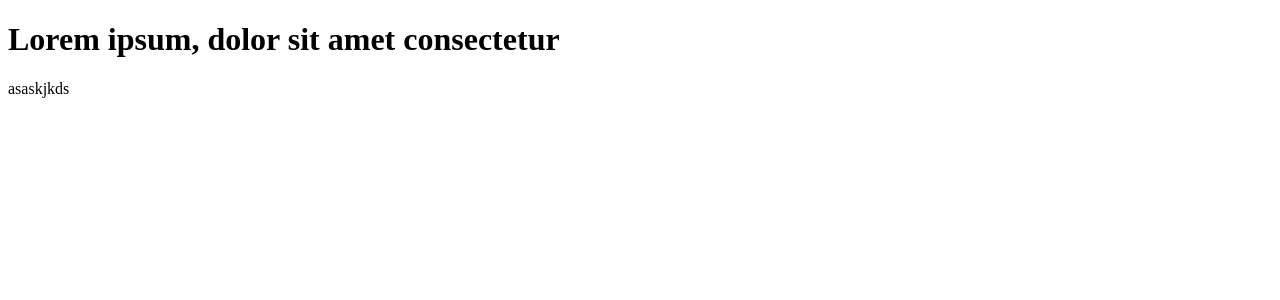
Repository: tongdkhai/Graphic-Art-Mart
Page: test/test.html
These files come from the project's save history. The page is drawn as it stood at one moment and after the next save; the edit follows.
The browser window is 1280 px wide. The pictures show the whole page.

Above is the page before, as saved 2022-10-25 17:19:21.

### test/test.html
<!DOCTYPE html>
<html lang="en">
  <head>
    <meta charset="UTF-8" />
    <meta http-equiv="X-UA-Compatible" content="IE=edge" />
    <meta name="viewport" content="width=device-width, initial-scale=1.0" />
    <title>Document</title>
    <link
      rel="stylesheet"
      href="https://unpkg.com/flickity@2.3.0/dist/flickity.pkgd.min.js"
    />
    <link
      rel="stylesheet"
      href="https://unpkg.com/flickity@2.3.0/dist/flickity.css"
    />
    <link rel="stylesheet" href="./flickity-master/css/flickity.css" />
    <style>
    </style>
  </head>
  <body>
    <h1 class="title">Lorem ipsum, dolor sit amet consectetur </h1>
    <div class="box" data-flickity='"freeScroll": true, "wrapAround": true'>
      <div class="carousel-cell">
        asaskjkds
      </div>
    </div>
    <script type="text/javascript" src="./docs/flickity.pkgd.min.js"></script>
  </body>
</html>

### test/flickity-master/css/flickity.css
/*! Flickity v3.0.0
https://flickity.metafizzy.co
---------------------------------------------- */

.flickity-enabled {
  position: relative;
}

.flickity-enabled:focus { outline: none; }

.flickity-viewport {
  overflow: hidden;
  position: relative;
  height: 100%;
  touch-action: pan-y;
}

.flickity-slider {
  position: absolute;
  width: 100%;
  height: 100%;
  left: 0;
}

.flickity-rtl .flickity-slider {
  left: unset;
  right: 0;
}

/* draggable */

.flickity-enabled.is-draggable {
  -webkit-tap-highlight-color: transparent;
  user-select: none;
}

.flickity-enabled.is-draggable .flickity-viewport {
  cursor: move;
  cursor: grab;
}

.flickity-enabled.is-draggable .flickity-viewport.is-pointer-down {
  cursor: grabbing;
}

/* ---- flickity-cell ---- */

.flickity-cell {
  position: absolute;
  left: 0;
}

.flickity-rtl .flickity-cell {
  left: unset;
  right: 0;
}

/* ---- flickity-button ---- */

.flickity-button {
  position: absolute;
  background: hsl(0 0% 100% / 75%);
  border: none;
  color: #333;
}

.flickity-button:hover {
  background: white;
  cursor: pointer;
}

.flickity-button:focus {
  outline: none;
  box-shadow: 0 0 0 5px #19F;
}

.flickity-button:active {
  opacity: 0.6;
}

.flickity-button:disabled {
  opacity: 0.3;
  cursor: auto;
  /* prevent disabled button from capturing pointer up event. #716 */
  pointer-events: none;
}

.flickity-button-icon {
  fill: currentColor;
}

/* ---- previous/next buttons ---- */

.flickity-prev-next-button {
  top: 50%;
  width: 44px;
  height: 44px;
  border-radius: 50%;
  /* vertically center */
  transform: translateY(-50%);
}

.flickity-prev-next-button.previous { left: 10px; }
.flickity-prev-next-button.next { right: 10px; }
/* right to left */
.flickity-rtl .flickity-prev-next-button.previous {
  left: auto;
  right: 10px;
}

.flickity-rtl .flickity-prev-next-button.next {
  right: auto;
  left: 10px;
}

.flickity-prev-next-button .flickity-button-icon {
  position: absolute;
  left: 20%;
  top: 20%;
  width: 60%;
  height: 60%;
}

/* ---- page dots ---- */

.flickity-page-dots {
  position: absolute;
  width: 100%;
  bottom: -25px;
  text-align: center;
  display: flex;
  justify-content: center;
  flex-wrap: wrap;
}

.flickity-rtl .flickity-page-dots { direction: rtl; }

.flickity-page-dot {
  display: block;
  width: 10px;
  height: 10px;
  padding: 0;
  margin: 0 8px;
  background: hsl(0 0% 20% / 25%);
  border-radius: 50%;
  cursor: pointer;
  appearance: none;
  border: none;
  text-indent: -9999px;
  overflow: hidden;
}

.flickity-rtl .flickity-page-dot {
  text-indent: 9999px;
}

.flickity-page-dot:focus {
  outline: none;
  box-shadow: 0 0 0 5px #19F;
}

.flickity-page-dot.is-selected {
  background: hsl(0 0% 20% / 100%);
}

Loaded but not shown: test/docs/flickity.pkgd.min.js (library)

After the next save:
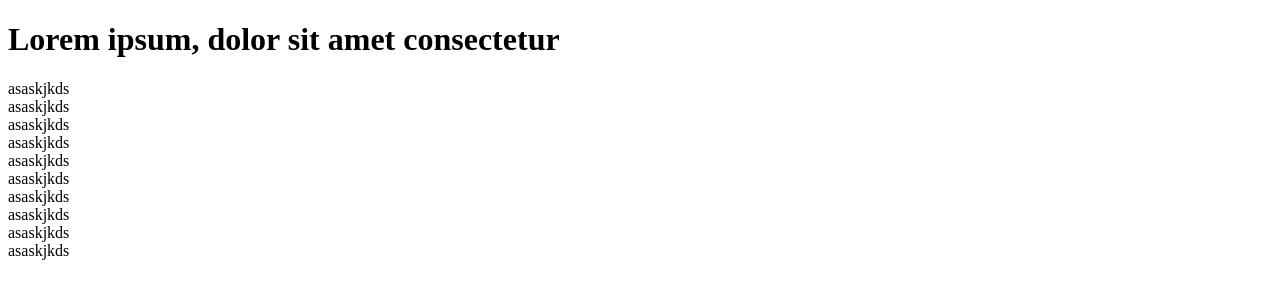
Saved 8 s later.
--- a/test/test.html
+++ b/test/test.html
@@ -23,6 +23,33 @@
       <div class="carousel-cell">
         asaskjkds
       </div>
+      <div class="carousel-cell">
+        asaskjkds
+      </div>
+      <div class="carousel-cell">
+        asaskjkds
+      </div>
+      <div class="carousel-cell">
+        asaskjkds
+      </div>
+      <div class="carousel-cell">
+        asaskjkds
+      </div>
+      <div class="carousel-cell">
+        asaskjkds
+      </div>
+      <div class="carousel-cell">
+        asaskjkds
+      </div>
+      <div class="carousel-cell">
+        asaskjkds
+      </div>
+      <div class="carousel-cell">
+        asaskjkds
+      </div>
+      <div class="carousel-cell">
+        asaskjkds
+      </div>
     </div>
     <script type="text/javascript" src="./docs/flickity.pkgd.min.js"></script>
   </body>
